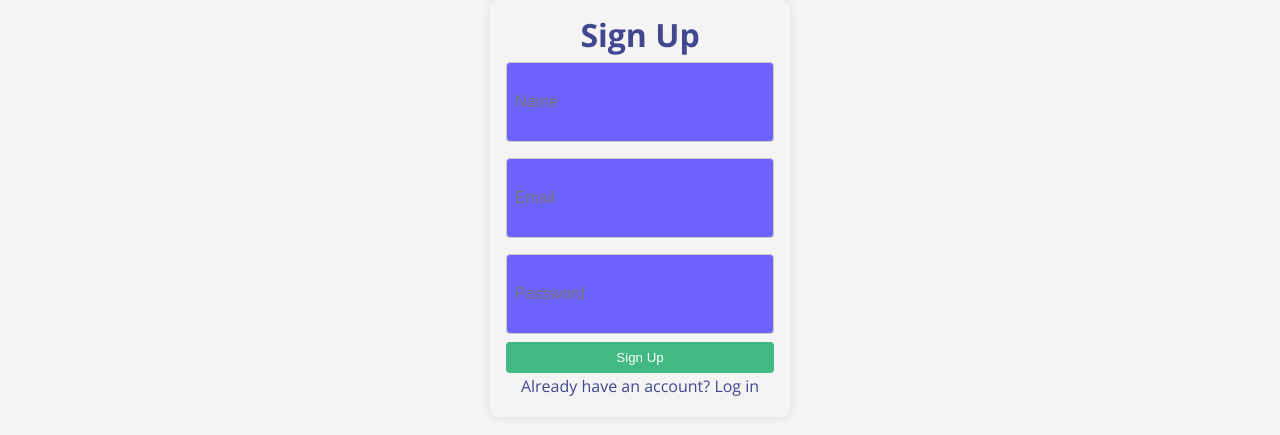
Repository: XiuwenZ/finder
Page: /signup (app in frontend/)
The author's editor kept a copy of each file at every save. The page is drawn from the files as they stood at one save, then again after the next save.
The browser window is 1280 px wide. The pictures show the whole page.
The project was rebuilt for these pictures with package versions that can differ from the ones it lists, and the page was loaded fresh each time. Also part of the build but not shown: frontend/vite.config.js, frontend/src/components/Navbar.jsx, frontend/src/components/Header.jsx, frontend/src/components/RegisteredEvent.jsx, frontend/src/components/EventFilter.jsx, frontend/src/components/MoreEvents.jsx, frontend/src/components/Footer.css, frontend/src/components/ContactForm.jsx and 5 more.

Above is the page before, as saved 2024-02-03 22:12:05.

After the next save:
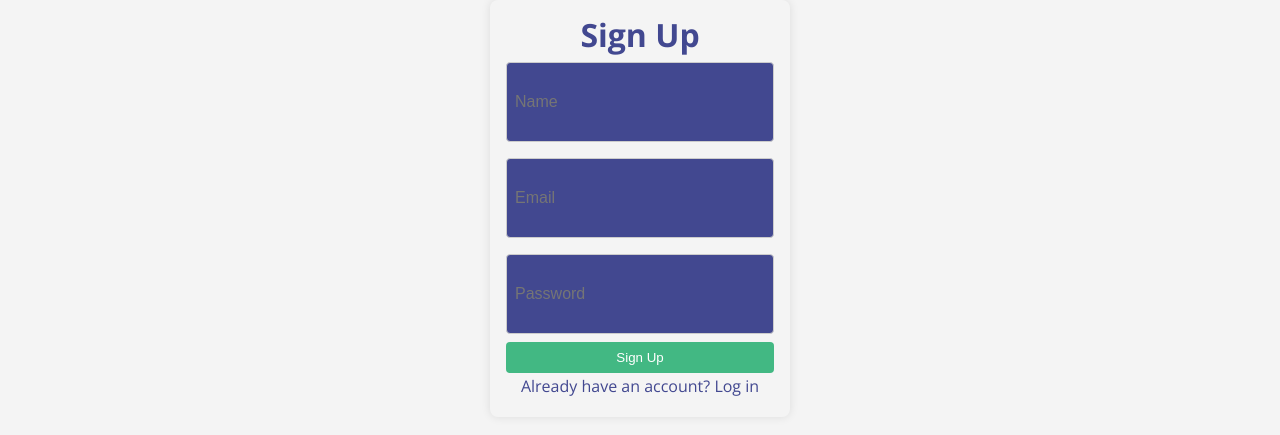
Saved 14 s later.
--- a/frontend/src/components/Login.css
+++ b/frontend/src/components/Login.css
@@ -21,7 +21,7 @@ input {
   margin: 0.5rem 0;
   border: 1px solid #ccc;
   border-radius: 4px;
-  background-color: #6c63ff;
+  background-color: #424890;
 }
 
 button {
